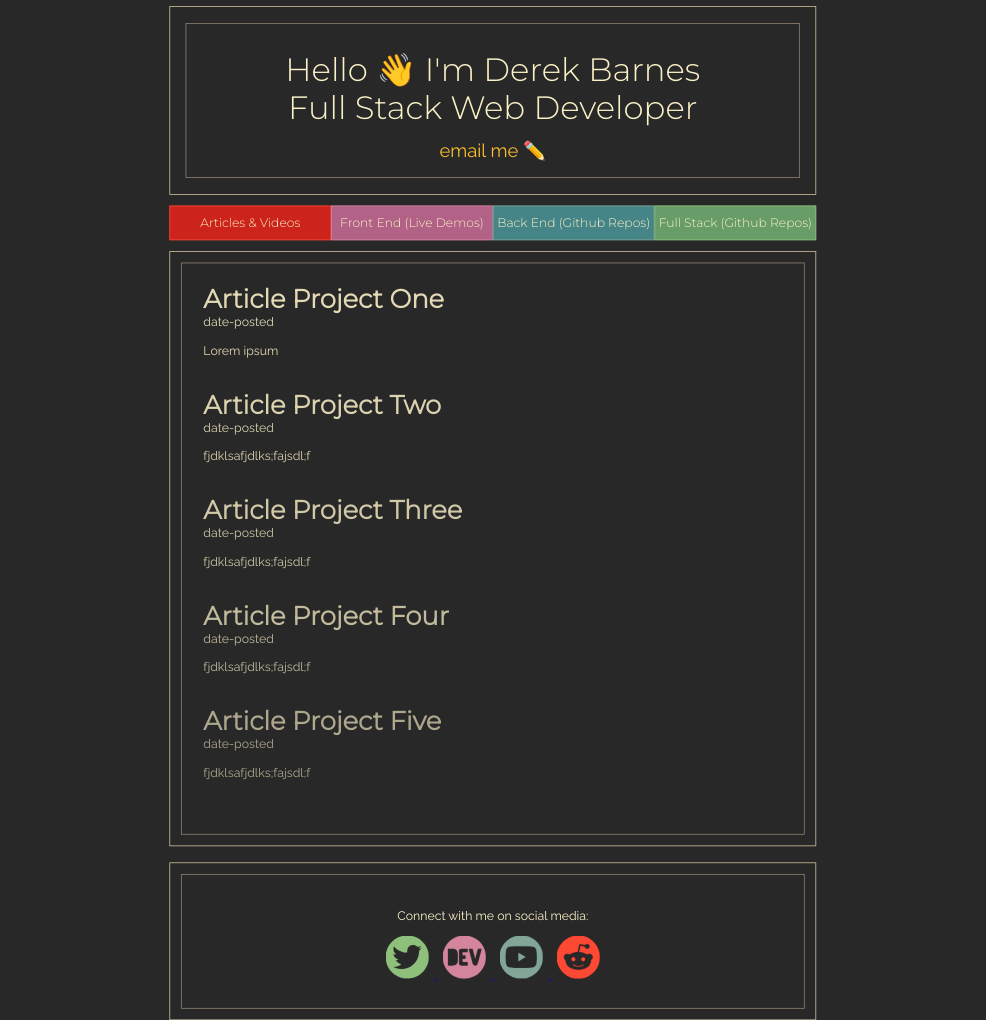
Repository: dsbarnes/groovy-blog
Page: index.html
The author's editor kept a copy of each file at every save. The page is drawn from the files as they stood at one save, then again after the next save.
The browser window is 1280 px wide. The pictures show the whole page, at 77% of full size.
After loading, the first visible `#articles` was clicked once.
The style sheet was rebuilt from its Sass, Less or Tailwind sources for each picture, by a compiler version that may differ from the author's.

Above is the page before, as saved 2020-05-11 15:36:47.

### index.html
<!DOCTYPE html>
<html lang="en">

<head>
    <meta charset="UTF-8">
    <meta name="viewport" content="width=device-width, initial-scale=1.0">
    <link href="https://fonts.googleapis.com/css2?family=Montserrat:wght@300&display=swap" rel="stylesheet">
    <link href="https://fonts.googleapis.com/css2?family=Raleway&display=swap" rel="stylesheet">

    <title>D.S. Barnes</title>

    <link rel="stylesheet" href="./CSS/style.css">
</head>

<body>
    <div class="container">

        <div id='nameCard'>
            <div id="doubleBorder">
                <p>Hello 👋 I'm Derek Barnes</p>
                <p>Full Stack Web Developer</p>
                <br />
                <small><a href='mailto:derekb0147@gmail.com'>email me ✏️</a></small>
                <br />
            </div>
        </div>

        <div id='selections'>
            <p class='nav' data-color='red' id='articles'>Articles & Videos</p>
            <p class='nav' data-color='purple' id='frontend'>Front End (Live Demos)</p>
            <p class='nav' data-color='blue' id='backend'>Back End (Github Repos)</p>
            <p class='nav' data-color='aqua' id='fullstack'>Full Stack (Github Repos)</p>
        </div>

        <!-- <button id="toggle-button">Toggle collapse</button> -->

        <!-- Section one -->
        <div class="content">
            <div class='double-border'>
                <div id='content-section-text'>
                    <p>As a full stack developer, I don't just write code.</p>
                    <p>I focus on team dynamics, agile work practices, and communications.</p>
                    <br />
                    <p>I can build APIs and maintain databases.</p>
                    <p>Equally, often more importantly, I listen to and understand consumer needs.</p>
                    <br />
                    <p>I specialize in clean, unobtrusive interfaces,</p>
                    <p>using modern technology,</p>
                    <p>to communicate clearly and solve real world problems.</p>
                </div>
            </div>
        </div>


        <!-- Section two -->
        <div class="hobbies">
            <div class='double-border'>

                <p>Besides code, I like to:</p>
                <br />

                <p class='xpad'>
                    <span class='bigEmoji'>🤔</span>
                    <span class='emojiText'>Think about philosophy.</span>
                </p>

                <p class='xpad'>
                    <span class='bigEmoji'>♟️</span>
                    <span class='emojiText'>Play chess.</span>
                </p>

                <p class='xpad'>
                    <span class='bigEmoji'>🎤</span>
                    <span class='emojiText'>listen to gratuitous amounts of rap music.</span>
                </p>
            </div>
        </div>


        <!-- Section three -->
        <div class="social-media">
            <div class="double-border">

                <p>Connect with me on social media:</p>

                <div id='media-icons'>
                    <a href='https://twitter.com/DerekBarnes0' id='twitter'>
                        <img src='../SVG/twitterLogo.svg'>
                    </a></img>

                    <a href='https://dev.to/dsbarnes' id="devto">
                        <img src='../SVG/devLogo.svg'>
                    </a></img>

                    <a href='https://www.youtube.com/channel/UC4wXeImm3FqzbxJvwSMoQFg?view_as=subscriber' id='youtube'>
                        <img src='../SVG/youtubeLogo.svg'>
                    </a></img>

                    <a href='https://www.reddit.com/user/snipethebird' id='reddit'>
                        <img src='../SVG/redditLogo.svg'>
                    </a></img>
                </div>

            </div>
        </div>

    </div><!-- container -->

    <script type=module src="index.js"></script>
</body>

</html>

### index.js
import articles from './components/articles.js'
import repos from './components/repos.js'

import articlesData from './siteData/articles.js'
import backendData from './siteData/backEnd.js'
import frontendData from './siteData/frontEnd.js'
import fullstackData from './siteData/fullStack.js'

const handleRemoveData = () => {
    const sections = Array.from(document.querySelectorAll('[id*="section-text"]'))

    for (const section of sections) {
        const elementsToRemove = Array.from(section.children)
        for (const element of elementsToRemove)
            element.remove()
    }
}

const populateData = (id) => {
    id == 'articles' && articles(articlesData)
    id == 'frontend' && repos(frontendData)
    id == 'backend' && repos(backendData)
    id == 'fullstack' && repos(fullstackData)
}

const handleTransition = (id) => {
    // Adds overflow: scroll to the content car:
    document.querySelector('.content')
        .classList.add('collapsed')

    // Shrinks and fades out the middle card:
    document.querySelector('.hobbies')
        .classList.add('collapsed')

    // Adjusts the social media card:
    document.querySelector('.social-media')
        .classList.add('collapsed')

    populateData(id)
}

let active = null
document.querySelectorAll('.nav')
    .forEach(btn => btn.addEventListener('click', function () {
        // Set active section
        // Click the currently active section does nothing
        if (active == this.id) return
        active = this.id

        handleRemoveData()

        const hobbies = document.querySelector('.hobbies').classList
        // If hobbies is collapsed then only repopulate the data
        hobbies.contains('collapsed') ?
            // Fades in the articles:
            populateData(this.id) :
            // Fades out about card, then runs populateData()
            handleTransition(this.id)
    }))

### components/articles.js
function modules(arr) {
    const root = document.getElementById('content-section-text')

    // Conceptually this is the same thing as
    // handleElementSection in repos.js
    // however, it builds two different components.
    const handleElementSection = (element) => {
        const container = document.createElement('div')
        const title = document.createElement('h1')
        const date = document.createElement('p')
        const short = document.createElement('p')

        title.innerHTML = element['Title']
        container.appendChild(title)

        date.innerHTML = element['Date']
        container.appendChild(date)

        short.innerHTML = element['Short']
        container.appendChild(short)

        container.classList.add('article-repo')
        root.appendChild(container)
    }

    for (const i in arr) {
        // setTimeout is non-blocking
        // IIFE to prevent setTimeout from stacking
        // and executing all at once:
        (() => {
            const element = arr[i]
            setTimeout(() => {
                handleElementSection(element)
                // Not for(of) b/c i is necessary here:
            }, 160 * i)
        })(i)
    }
}

export default modules

### components/repos.js
function repos(arr) {

    const root = document.getElementById('content-section-text')

    // for (const element of arr) {

    // Conceptually this is the same thing as
    // handleElementSection in articles.js
    // however, it builds two different components.
    const handleElementSection = (element) => {
        const container = document.createElement('div')
        const titleAndLinks = document.createElement('div')
        const title = document.createElement('h1')
        const repolink = document.createElement('p')
        const demolink = document.createElement('p')
        const description = document.createElement('p')

        titleAndLinks.classList.add('repo-title-links')

        title.innerHTML = element['Repo']
        titleAndLinks.appendChild(title)

        repolink.innerHTML = element['RepoLink']
        titleAndLinks.appendChild(repolink)

        if (element['DemoLink'] != undefined) {
            demolink.innerHTML = element['DemoLink']
            container.appendChild(demolink)
            titleAndLinks.appendChild(demolink)
        }

        container.appendChild(titleAndLinks)

        description.innerHTML = element['Description']
        description.classList.add('repo-description')
        container.appendChild(description)

        container.classList.add('article-repo')
        root.appendChild(container)
    }

    // }

    for (const i in arr) {
        // setTimeout is non-blocking
        // IIFE to prevent setTimeout from stacking
        // and executing all at once:
        (() => {
            const element = arr[i]
            setTimeout(() => {
                handleElementSection(element)
            }, 200 * i)
        })(i)
    }
}

export default repos

### siteData/articles.js
const articleData = [
    {
        "Title": "Article Project One",
        "Date": "date-posted",
        "Short": "Lorem ipsum"
    },
    {
        "Title": "Article Project Two",
        "Date": "date-posted",
        "Short": "fjdklsafjdlks;fajsdl;f"
    },
    {
        "Title": "Article Project Three",
        "Date": "date-posted",
        "Short": "fjdklsafjdlks;fajsdl;f"
    },
    {
        "Title": "Article Project Four",
        "Date": "date-posted",
        "Short": "fjdklsafjdlks;fajsdl;f"
    },
    {
        "Title": "Article Project Five",
        "Date": "date-posted",
        "Short": "fjdklsafjdlks;fajsdl;f"
    }
]

export default articleData

### siteData/backEnd.js
const backendData = [
    {
        "Repo": "Back End Project One",
        "RepoLink": "blah.com",
        "Description": "README.md"
    },
    {
        "Repo": "Back End Project Two",
        "RepoLink": "blah.com",
        "Description": "README.md"
    },
    {
        "Repo": "Back End Project Three",
        "RepoLink": "blah.com",
        "Description": "README.md"
    },
    {
        "Repo": "Back End Project Four",
        "RepoLink": "blah.com",
        "Description": "README.md"
    },
    {
        "Repo": "Back End Project Five",
        "RepoLink": "blah.com",
        "Description": "README.md"
    }
]

export default backendData

### siteData/frontEnd.js
const frontendData = [
    {
        "Repo": "Front End Project One",
        "RepoLink": "blah.com",
        "DemoLink": "demo link",
        "Description": "Lorem ipsum dolor sit amet, consectetur adipiscing elit, sed do eiusmod tempor incididunt ut labore et dolore magna aliqua. Dolor sit amet consectetur adipiscing elit duis tristique.Lorem ipsum dolor sit amet, consectetur adipiscing elit, sed do eiusmod tempor incididunt ut labore et dolore magna aliqua. Dolor sit amet consectetur adipiscing elit duis tristique.Lorem ipsum dolor sit amet, consectetur adipiscing elit, sed do eiusmod tempor incididunt ut labore et dolore magna aliqua. Dolor sit amet consectetur adipiscing elit duis tristique."
    },
    {
        "Repo": "Front End Project Two",
        "RepoLink": "blah.com",
        "DemoLink": "demo link",
        "Description": "README.md"
    },
    {
        "Repo": "Front End Project Three",
        "RepoLink": "blah.com",
        "DemoLink": "demo link",
        "Description": "README.md"
    },
    {
        "Repo": "Front End Project Four",
        "RepoLink": "blah.com",
        "DemoLink": "demo link",
        "Description": "README.md"
    },
    {
        "Repo": "Front End Project Five",
        "RepoLink": "blah.com",
        "DemoLink": "demo link",
        "Description": "README.md"
    }
]

export default frontendData

### siteData/fullStack.js
const fullstackData = [
    {
        "Repo": "Full Stack Project One",
        "RepoLink": "blah.com",
        "Description": "README.md"
    },
    {
        "Repo": "Full Stack Project Two",
        "RepoLink": "blah.com",
        "Description": "README.md"
    },
    {
        "Repo": "Full Stack Project Three",
        "RepoLink": "blah.com",
        "Description": "README.md"
    },
    {
        "Repo": "Full Stack Project Four",
        "RepoLink": "blah.com",
        "Description": "README.md"
    },
    {
        "Repo": "Full Stack Project Five",
        "RepoLink": "blah.com",
        "Description": "README.md"
    }
]

export default fullstackData

### style.scss
// Main Container:
// Sizings - everything is a multiple of 14!!
$container-width: 840px;
$container-height: 1100px;
$outer-width: $container-width * .8;
$margin-pad-sizing: 14px;


// Gruvbox colors:
$background-color: #282828;
$background-alt-color: #3c3836;
$font-color: #fbf1c7;
$font-alt-color: #ebdbb2;
$outer-border: #d5c4a1;
$inner-border: #928374;
$red-color: #cc241d;
$light-red-color: #fb4934;
$green-color: #98971a;
$light-green-color: #b8bb26;
$yellow-color: #d79921;
$light-yellow-color: #fabd2f;
$blue-color: #458588;
$light-blue-color: #83a598;
$purple-color: #b16286;
$light-purple-color: #d3869b;
$aqua-color: #689d6a;
$light-aqua-color: #8ec07c;


// Font:
$title-font: 'Montserrat', sans-serif;
$body-font: 'Raleway', sans-serif;
$title-font-size: 42px;
$body-font-size: 16px;


//Mixins:
@mixin bg-border($bg-color, $border-color){
  background-color: $bg-color;
  border: 1px solid $border-color;
}
@mixin font-fam-size($fam, $size){
  font-family: $fam;
  font-size: $size;
}
@mixin sectionButton($bg-color, $border-color){
  @include bg-border($bg-color, $border-color);
  @include font-fam-size($title-font, $body-font-size);
  display: inline-block;
  margin: 0 auto;
  //That just looks best as 12, idk.
  padding: 12px 0px;
  text-align: center;
  width: (($container-width / 4));
}

// Keyframes:
@keyframes fade-in{
  from{color: $background-color;}
  to{ color: $font-color; }
}
.article-repo{ animation: fade-in 2.5s forwards;}


// Overall styling:
* { box-sizing:border-box; }
body{ background-color: $background-color; color: $font-color }
//Everything visible is inside this container:
.container {
  display:flex;
  flex-direction:column;
  justify-content:flex-start;
  width: $container-width;
  margin: 0 auto;
  // we're required to set height explicitly
  height: $container-height;
}
h1{ @include font-fam-size($title-font, $title-font-size/1.25)}


// Name Card
#nameCard{
  border: 1px solid $outer-border;
  padding: $margin-pad-sizing/2;
  text-align: center;
  line-height: $margin-pad-sizing/2;

  small{ @include font-fam-size($body-font, $body-font-size*1.5); }
  a{ text-decoration: none; color: $light-yellow-color }

  #doubleBorder{
      @include bg-border($background-color, $inner-border);
      p{ @include font-fam-size($title-font, $title-font-size);}
      margin: $margin-pad-sizing auto;
      padding: $margin-pad-sizing;
      padding-bottom: $margin-pad-sizing*2;

      // 14px b/c of margin.
      // Why *3? Good question.
      width: ($container-width - 14px*3);
  }
}


// Nav 'buttons'
#selections{
  display: flex;
  justify-content: space-between;
  margin-top: $margin-pad-sizing;
}
#articles{ @include sectionButton($red-color, $light-red-color) }
#frontend{ @include sectionButton($purple-color, $light-purple-color) }
#backend{ @include sectionButton($blue-color, $light-blue-color) }
#fullstack{ @include sectionButton($aqua-color, $light-aqua-color) }

// General double border settings, different from
// name card b/c ...damnit
.double-border{
  border: 1px solid $inner-border;
  // Variables not working in calc()
  // will investigate.
  height: calc(100% - 28px); // $margin-pad-size*2
  width: calc(100% - 28px);  // $margin-pad-size*2
  margin: $margin-pad-sizing auto 0 auto;
  padding: $margin-pad-sizing*2;
}

// This is the section that expands:
.content{
  @include bg-border($background-color, $outer-border);
  @include font-fam-size($body-font, $body-font-size);
  line-height: $margin-pad-sizing/2;
  margin: $margin-pad-sizing 0;
  // overflow: scroll;
  flex: 3;
  ::-webkit-scrollbar { background: $background-alt-color; }
  ::-webkit-scrollbar-thumb { background:$background-alt-color; -webkit-border-radius: 5px;}
  ::-webkit-scrollbar-corner { background:$background-color; }
}
.content.collapsed{
  .double-border{
    overflow: scroll;
  }
}

.article-repo{
  margin-bottom: $margin-pad-sizing*4;
  h1{ margin: $margin-pad-sizing 0; }
  p{line-height: $margin-pad-sizing*1.5; }
  .repo-title-links p{
    width: $container-width/10;
    display: inline-block;
  }
  .repo-description{
    margin: 0px;
    line-height: $margin-pad-sizing*1.5;
  }
}


// This section dissapears:
.hobbies {
  // note that we're transitioning flex, not height!
  @include bg-border($background-color, $outer-border);
  @include font-fam-size($body-font, $body-font-size);
  line-height: $margin-pad-sizing/2;
  margin: $margin-pad-sizing/2 0;
  flex: 2;
  .bigEmoji{ font-size: $title-font-size; }
  .xpad{ padding-left: 24px; }
  .emojiText{
      position: relative;
      bottom: $margin-pad-sizing;
      padding-left: $margin-pad-sizing/2;
  }
  transition:all 0.7s ease;
}
.hobbies.collapsed {
  border: 0px solid $background-color;
  color: $background-color;
  overflow: hidden;
  flex: 0;
  // Big number to squeze box inward
  margin: 0 $margin-pad-sizing * 7;
}


// This section appears to never change
.social-media{
  @include bg-border($background-color, $outer-border);
  @include font-fam-size($body-font, $body-font-size);
  text-align: center;
  margin: $margin-pad-sizing/2 0;
  flex: 2;
  transition: all 0.6s ease;
}
.social-media.collapsed{
  flex: 1;
  #media-icons{
    // Why 20? Good question.
    margin-bottom:
      $margin-pad-sizing + $margin-pad-sizing/2 + 1;
  }
}
// Social Media Icons:
#media-icons{
  width: $container-width / 2;
  margin: 0 auto;
  text-align: center;
  line-height: $margin-pad-sizing;
  img{ width: $margin-pad-sizing*4; margin: 0 $margin-pad-sizing/2; }
}

After the next save:
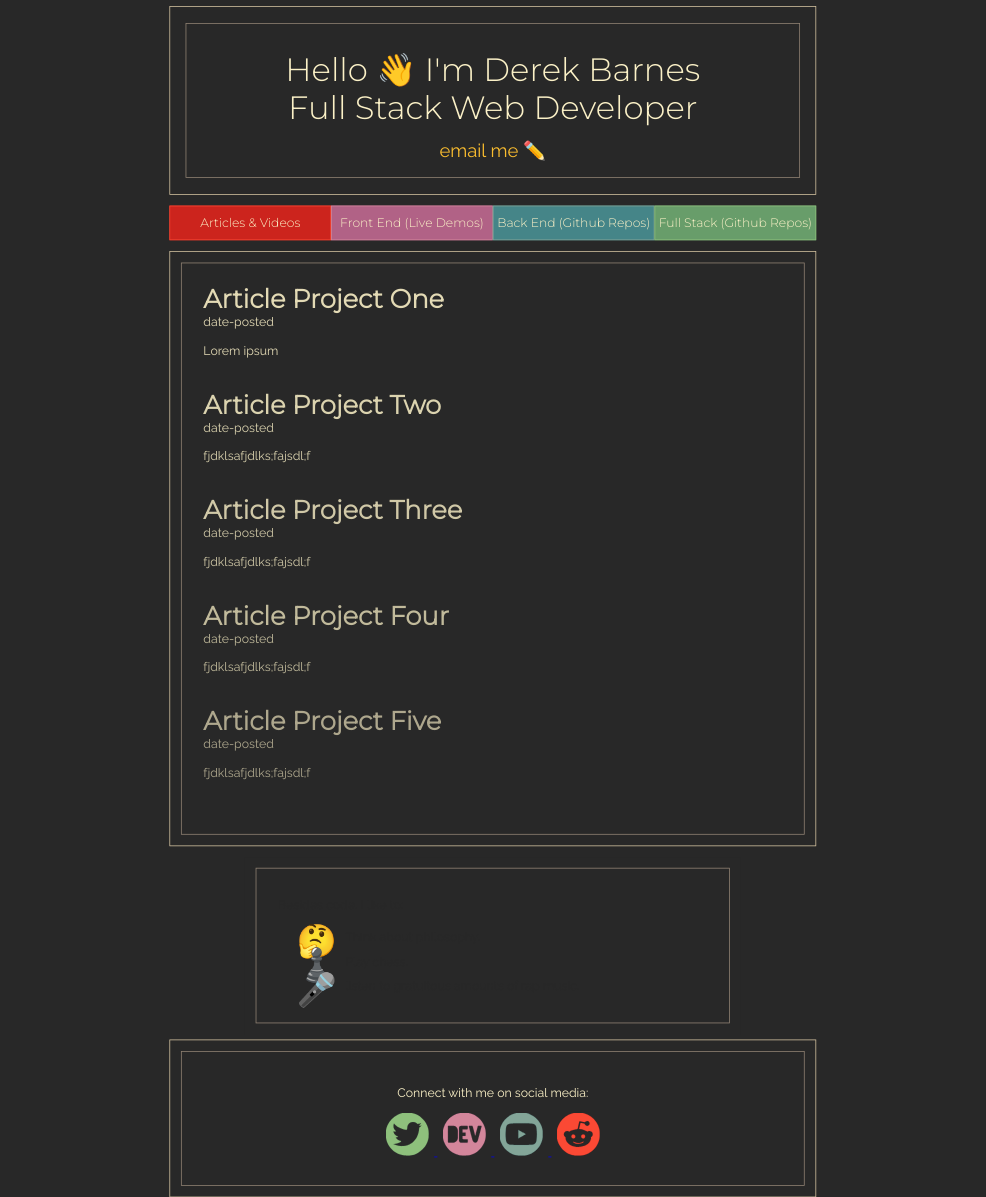
Saved 12 s later.
--- a/style.scss
+++ b/style.scss
@@ -178,7 +178,7 @@ h1{ @include font-fam-size($title-font, $title-font-size/1.25)}
 .hobbies.collapsed {
   border: 0px solid $background-color;
   color: $background-color;
-  overflow: hidden;
+  // overflow: hidden;
   flex: 0;
   // Big number to squeze box inward
   margin: 0 $margin-pad-sizing * 7;
